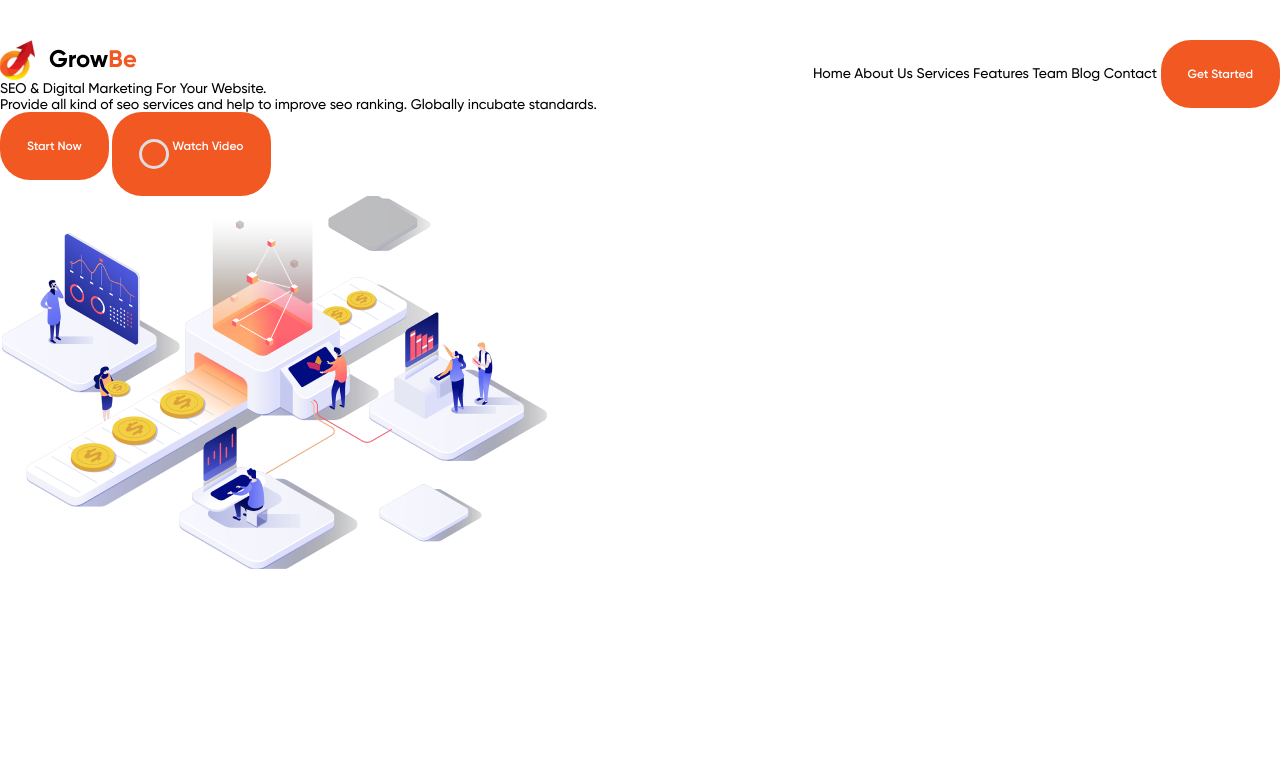
Repository: Alekseiy1980/GrowBe
Page: index.html
An editor plug-in stored every save of this project. The page is shown before and after the next save, followed by the edit.
The browser window is 1280 px wide. The pictures show the whole page.

Above is the page before, as saved 2024-01-20 11:57:50.

### index.html
<!DOCTYPE html>
<html lang="en">
<head>
    <meta charset="UTF-8">
    <meta name="viewport" content="width=device-width, initial-scale=1.0">

    <link rel="stylesheet" href="css/reset.css">
    <link rel="stylesheet" href="css/style.css">
    <title>GrowBe</title>
</head>
<body>
    <header>
        <div class="menu_bar">
            <div class="logo">
                <a class="logo-link" href="#">
                    <img src="/img/Logo.svg"  />
                </a>
            </div>
            <nav>
                <a class="menu menu_activ" href="@">Home</a>
                <a class="menu" href="@"> About Us</a>
                <a class="menu" href="@">Services</a>
                <a class="menu" href="@">Features</a>
                <a class="menu" href="@">Team</a>
                <a class="menu" href="@">Blog</a>
                <a class="menu" href="@">Contact</a>
                <button class="btn_menu" type="button">Get Started</button>
            </nav>

        </div>
        <div class="home_meta">
            <div class="nome_content">
                <div class="home_title">
                    <h1>SEO & Digital <span>Marketing</span>  For Your Website.</h1>
                </div>
            <div class="sub_title">
                <p>Provide all kind of seo services and help to improve seo ranking. Globally incubate standards.</p>
            </div>
            <div class="btn_meta">
                <button class="btn_menu" type="button">Start Now</button>
                <button class="btn_menu" type="button">
                        <img
                            src="img/play.svg"
                            alt="play"
                            />
                    Watch Video</button>
            </div>
            </div>
            <div class="home_img">
                <img src="img/home_Image.png" alt="">
            </div>
        </div>
    </header>
</body>
</html>

### css/reset.css

* {
    padding: 0;
    margin: 0;
    border: 0;
}

*,
*::before,
*::after {
    -moz-box-sizing: border-box;
    -webkit-box-sizing: border-box;
    box-sizing: border-box;
}

:focus,
:active {
    outline: none;
}

a:focus,
a:active {
    outline: none;
}

nav,
footer,
header,
aside {
    display: block;
}

html,
body {
    height: 100%;
    width: 100%;
    font-size: 100%;
    line-height: 1;
    font-size: 14px;
    -ms-text-size-adjust: 100%;
    -moz-text-size-adjust: 100%;
    -webkit-text-size-adjust: 100%;
}

input,
button,
textarea {
    font-family: inherit;
}

input::-ms-clear {
    display: none;
}

button {
    cursor: pointer;
}

button::-moz-focus-inner {
    padding: 0;
    border: 0;
}

a,
a:visited {
    text-decoration: none;
}

a:hover {
    text-decoration: none;
}

ul li {
    list-style: none;
}

img {
    vertical-align: top;
}

h1,
h2,
h3,
h4,
h5,
h6 {
    font-size: inherit;
    font-weight: 400;
}

### css/style.css
@font-face {
	font-family: 'Gilroy-Bold';
	src: url(/fonts/Gilroy-Bold.ttf);
}


@font-face {
	font-family: 'Gilroy-Medium';
	src: url(/fonts/Gilroy-Medium.ttf);
}
@font-face{
    font-family: 'Gilroy_Regular';
    src: url(/fonts/Gilroy-Regular.ttf);
}

@font-face{
    font-family: 'Gilroy-SemiBold';
    src: url(/fonts/Gilroy-SemiBold.ttf);
}
body{
    font-family: Gilroy-Medium;
    font-size: 14px;
    font-style: normal;
    font-weight: 400;
    line-height: normal;
}

header {
    max-width: 1920px;
    margin: 0 auto;
}
.menu_bar{
    display: flex;
    justify-content: space-between;
    justify-items: center;
    margin-top: 40px;
    height: 40px;
}

.logo{
    width: 137px;
    height: 40px;
}

.menu{
    color: #000;

}

.menu:hover{
    color: #F25822;
    font-family: Gilroy-SemiBold;
}

.btn_menu{
    color: #FFF;
    font-family: Gilroy-SemiBold;
    font-size: 12px;
    border-radius: 30px;
    background: #F25822;
    padding: 27px ;
}

After the next save:
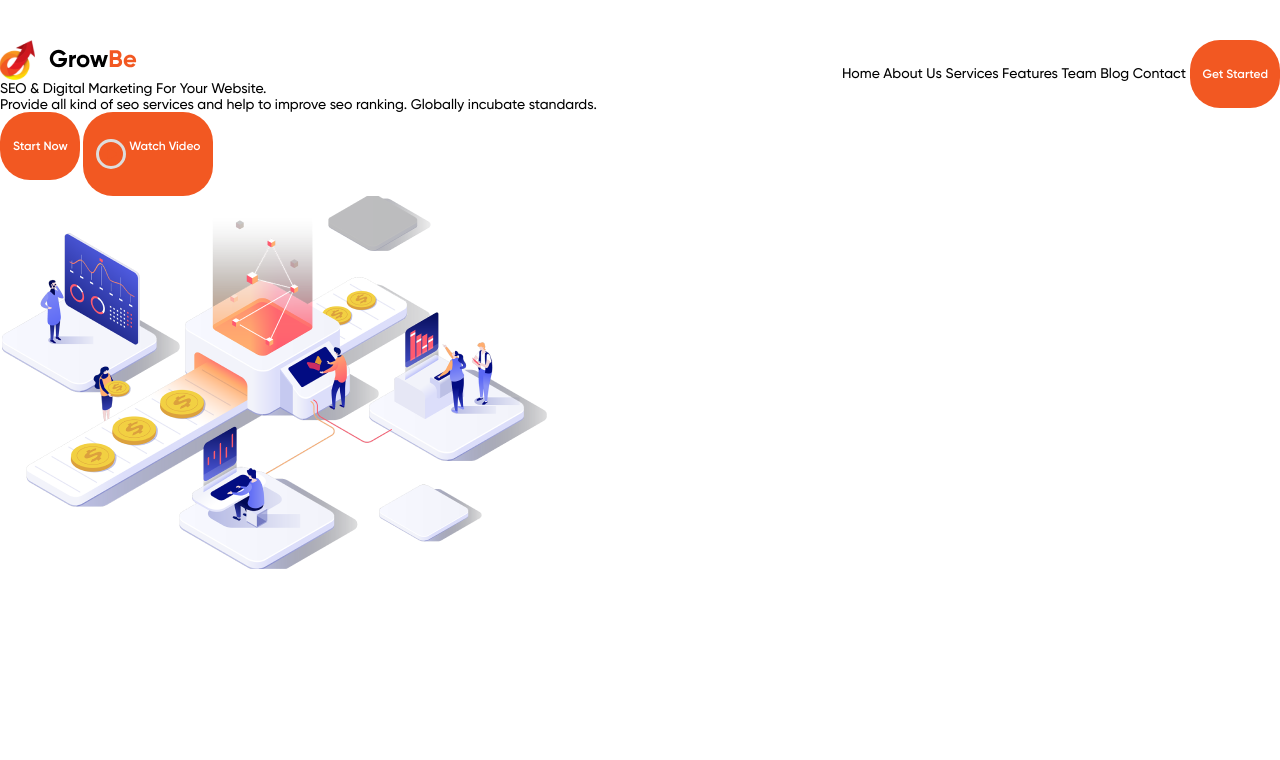
Saved 40 s later.
--- a/css/style.css
+++ b/css/style.css
@@ -58,5 +58,5 @@ header {
     font-size: 12px;
     border-radius: 30px;
     background: #F25822;
-    padding: 27px ;
+    padding: 27px 12px 27px 13px;
 }
